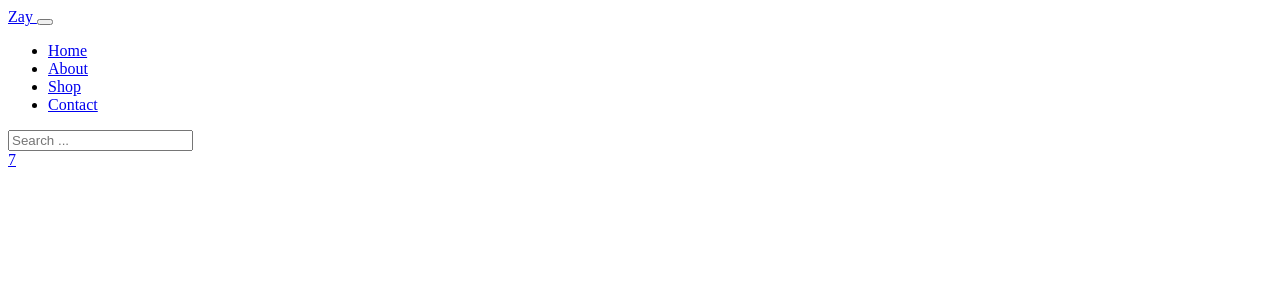
Repository: Carwyn1101/NguyenDinhHongPhuc_22133041
Page: http://localhost/LapTrinhWeb/commons/admin/header.jsp
The author's editor kept a copy of each file at every save. The page is drawn from the files as they stood at one save, then again after the next save.
The browser window is 1280 px wide. The pictures show the whole page.
The page is served by Tomcat 10. Nobody is signed in. The application's start-up code is not run.

Above is the page before, as saved 2024-10-08 13:32:10.

After the next save:
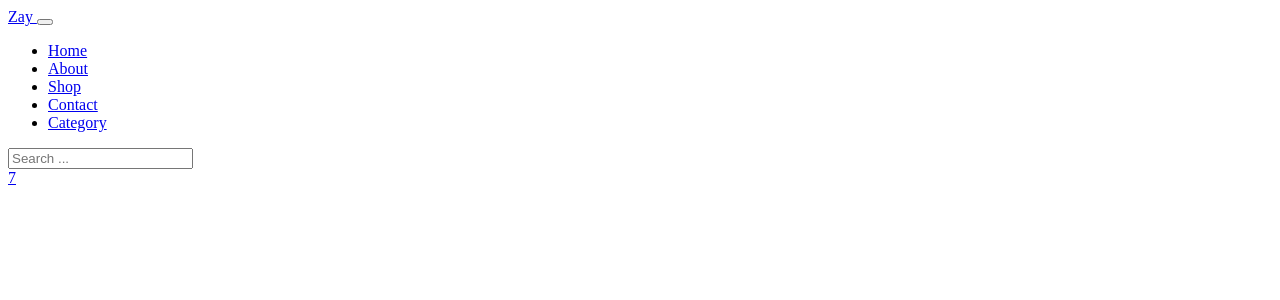
Saved 66 s later.
--- a/LapTrinhWeb/src/main/webapp/commons/admin/header.jsp
+++ b/LapTrinhWeb/src/main/webapp/commons/admin/header.jsp
@@ -34,6 +34,8 @@ UserModel account = (UserModel) session.getAttribute("account");
 					<li class="nav-item"><a class="nav-link" href="shop.html">Shop</a>
 					</li>
 					<li class="nav-item"><a class="nav-link" href="contact.html">Contact</a>
+					</li>
+					<li class="nav-item"><a class="nav-link" href="${pageContext.request.contextPath}/admin/categories">Category</a>
 					</li>
 				</ul>
 			</div>
